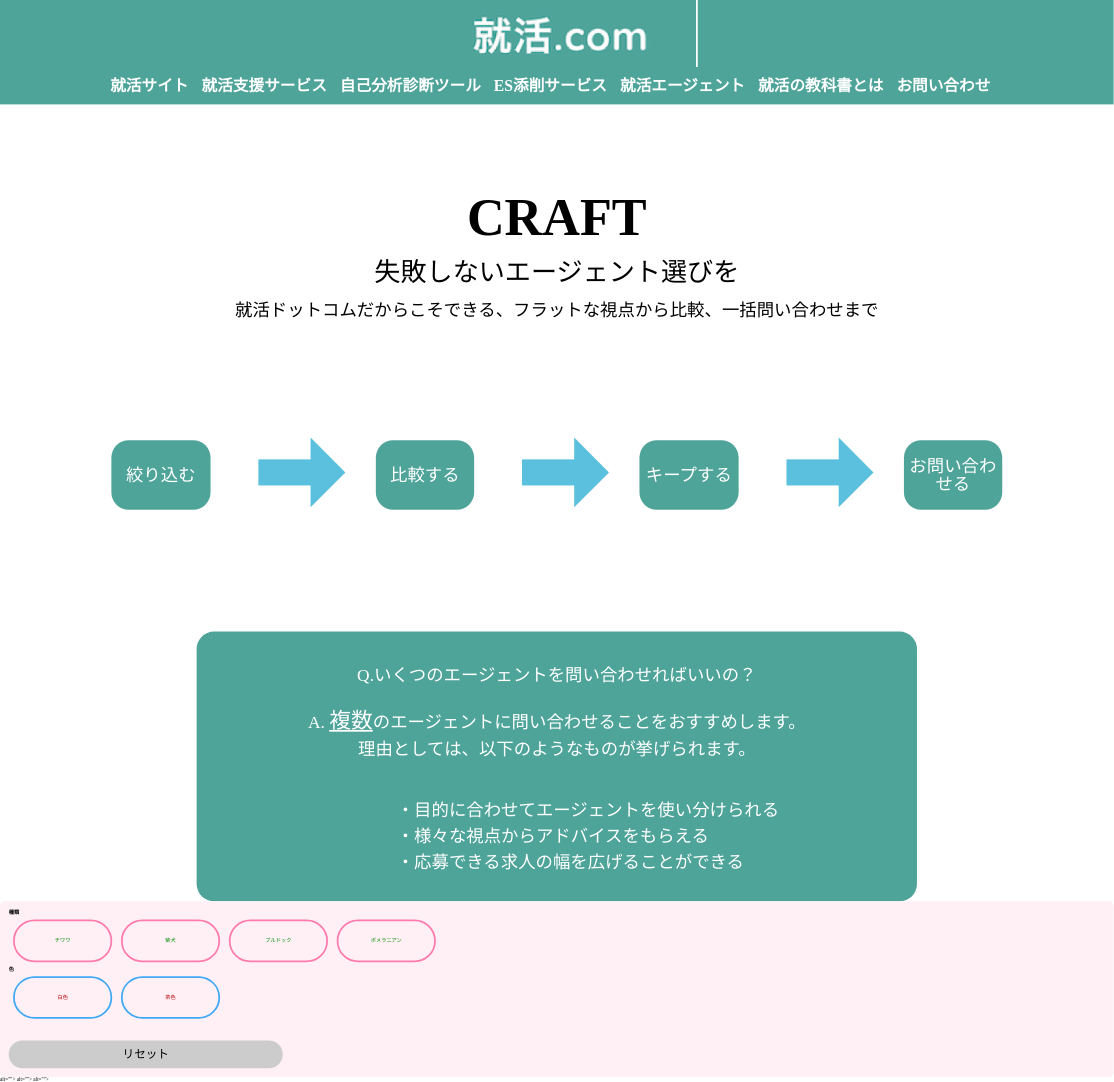
Repository: posse-ap/-teamdev-2022-posse2-team2E-
Page: src/index.html
An editor plug-in stored every save of this project. The page is shown before and after the next save, followed by the edit.
The browser window is 1280 px wide. The pictures show the whole page, at 87% of full size.

Above is the page before, as saved 2022-04-19 16:56:14.
Console error: ReferenceError: $ is not defined

### src/index.html
<!DOCTYPE html>
<html lang="en">
<head>
    <meta charset="UTF-8">
    <meta http-equiv="X-UA-Compatible" content="IE=edge">
    <meta name="viewport" content="width=device-width, initial-scale=1.0">
    <link rel="stylesheet" href="css/user/reset.css">
    <link rel="stylesheet" href="css/user/style.css">
    <title>CRAFT</title>
</head>
<body>
    <!-- ヘッダー -->
    <header>
        <img src="img/user/logo.png" alt="">
        <nav>
            <ul>
                <li><a href="">就活サイト</a></li>
                <li><a href="">就活支援サービス</a></li>
                <li><a href="">自己分析診断ツール</a></li>
                <li><a href="">ES添削サービス</a></li>
                <li><a href="">就活エージェント</a></li>
                <li><a href="">就活の教科書とは</a></li>
                <li><a href="">お問い合わせ</a></li>
            </ul>
        </nav>
    </header>

    <wrapper>
        <div class="first_message">
            <h1>CRAFT</h1>
            <h2>失敗しないエージェント選びを</h2>
            <p>就活ドットコムだからこそできる、フラットな視点から比較、一括問い合わせまで</p>
        </div>

        <div class="process">
            <p>絞り込む</p>
            <div class="arrow"></div>
            <p>比較する</p>
            <div class="arrow"></div>
            <p>キープする</p>
            <div class="arrow"></div>
            <p>お問い合わせる</p>
        </div>

        <div class="q_and_a">
            <p>Q.いくつのエージェントを問い合わせればいいの？</p>
            <br>
            <p>A. <span class="multiples">複数</span>のエージェントに問い合わせることをおすすめします。</p>
            <p>理由としては、以下のようなものが挙げられます。</p>
            <br>
            <br>
            <div class="reason">
            <p>・目的に合わせてエージェントを使い分けられる</p>
            <p>・様々な視点からアドバイスをもらえる</p>
            <p>・応募できる求人の幅を広げることができる</p>
            </div>
        </div>

        <container>
            <aside class="filtering">
                <!-- <div class="agents_type">
                    <p>エージェントのタイプ</p>
                </div>
                <div class="agents_scale">
                    <p>規模</p>
                </div>
                <button class="reset_btn">リセット</button>
                <button class="filter_btn">絞り込む</button> -->

                <form>
                    <div class="search-box brand">
                            <h2 class="search-box_label">種類</h2>
                            <ul>
                                    <li><input type="radio" name="brand" value="チワワ" id="chihuahua"><label for="chihuahua"
                                                    class="label">チワワ</label></li>
                                    <li><input type="radio" name="brand" value="柴犬" id="shibainu"><label for="shibainu"
                                                    class="label">柴犬</label></li>
                                    <li><input type="radio" name="brand" value="ブルドック" id="bulldog"><label for="bulldog"
                                                    class="label">ブルドック</label></li>
                                    <li><input type="radio" name="brand" value="ポメラニアン" id="pomeranian"><label
                                                    for="pomeranian" class="label">ポメラニアン</label></li>
                            </ul>
                    </div>
                    <div class="search-box size">
                            <h2 class="search-box_label">色</h2>
                            <ul>
                                    <li><input type="radio" name="size" value="白色" id="white"><label for="white"
                                                    class="label">白色</label>
                                    </li>
                                    <li><input type="radio" name="size" value="茶色" id="brown"><label for="brown"
                                                    class="label">茶色</label>
                                    </li>
                                    <!-- <li><input type="radio" name="size" value="黒色" id="black"><label for="black"
                                                    class="label">黒色</label>
                                    </li> -->
                            </ul>
                    </div>
                    <!-- <div class="search-box type">
                            <h2 class="search-box_label">体型</h2>
                            <ul>
                                    <li><input type="radio" name="type" value="赤ちゃん" id="baby"><label for="baby"
                                                    class="label">赤ちゃん</label>
                                    </li>
                                    <li><input type="radio" name="type" value="大人" id="adult"><label for="adult"
                                                    class="label">大人</label>
                                    </li>
                            </ul>
                    </div> -->
                    <div class="reset">
                            <input type="reset" name="reset" value="リセット" class="reset-button">
                    </div>
            </form>
            <ul class="list">
                    <li class="list_item list_toggle" data-brand="チワワ" data-size="白色" data-type="赤ちゃん"><img
                                    src="https://drive.google.com/uc?export=view&id=1SfPXI96_ijo0OFV7N05vszKOYc_SN644"
                                    alt=""></li>
                    <!-- <li class="list_item list_toggle" data-brand="チワワ" data-size="白色" data-type="大人"><img
                                    src="https://drive.google.com/uc?export=view&id=17yGYCWdiEdCI6xz2BAJN3Q2sQrM71akw" -->
                                    alt=""></li>
                    <li class="list_item list_toggle" data-brand="チワワ" data-size="茶色" data-type="赤ちゃん"><img
                                    src="https://drive.google.com/uc?export=view&id=1KUFSriI2NznjH2oR0NCBZIDNAHU-MHz1"
                                    alt=""></li>
                    <!-- <li class="list_item list_toggle" data-brand="チワワ" data-size="茶色" data-type="大人"><img
                                    src="https://drive.google.com/uc?export=view&id=131yXqBtOqbHJ0NirmnA0lFbS92HON_kV"
                                    alt=""></li>
                    <li class="list_item list_toggle" data-brand="チワワ" data-size="黒色" data-type="赤ちゃん"><img
                                    src="https://drive.google.com/uc?export=view&id=1UgvYgqylohqcgRkhkm9GH0_PK8SNPrrO"
                                    alt=""></li>
                    <li class="list_item list_toggle" data-brand="チワワ" data-size="黒色" data-type="大人"><img
                                    src="https://drive.google.com/uc?export=view&id=17HWbx3r9kZWAcMpKny6CtErF4CsJER--" -->
                                    alt=""></li>
                    <li class="list_item list_toggle" data-brand="柴犬" data-size="白色" data-type="赤ちゃん"><img
                                    src="https://drive.google.com/uc?export=view&id=13kGzlyG1KNwc0RjVqQ_524FYU3IypC5i"
                                    alt=""></li>
                    <li class="list_item list_toggle" data-brand="柴犬" data-size="茶色" data-type="赤ちゃん"><img
                                    src="https://drive.google.com/uc?export=view&id=1XnX7cHGSuGa3DjrkTuLSsvPBC9ZSml21"
                                    alt=""></li>
                    <!-- <li class="list_item list_toggle" data-brand="柴犬" data-size="茶色" data-type="大人"><img
                                    src="https://drive.google.com/uc?export=view&id=1_3QbN0azReVJ_Q814fwtUn0lGg5PUDbw"
                                    alt=""></li>
                    <li class="list_item list_toggle" data-brand="柴犬" data-size="黒色" data-type="大人"><img
                                    src="https://drive.google.com/uc?export=view&id=1o3tGj1GkG23ywe5r7hGL3voxEtMgrHp1" -->
                                    alt=""></li>
                    <!-- <li class="list_item list_toggle" data-brand="ブルドック" data-size="白色" data-type="赤ちゃん"><img
                                    src="https://drive.google.com/uc?export=view&id=1hbBoWdyK4IxReBrLS-vrAjji9FAcYpuR"
                                    alt=""></li>
                    <li class="list_item list_toggle" data-brand="ブルドック" data-size="白色" data-type="大人"><img
                                    src="https://drive.google.com/uc?export=view&id=1bhuQviRhZWpkW1LhXXVHWzSMMX5mR3-d"
                                    alt=""></li>
                    <li class="list_item list_toggle" data-brand="ブルドック" data-size="茶色" data-type="赤ちゃん"><img
                                    src="https://drive.google.com/uc?export=view&id=1WYd-Ixze16wbBLs4pkFoFFu6MS8lmX99"
                                    alt=""></li>
                    <li class="list_item list_toggle" data-brand="ブルドック" data-size="茶色" data-type="大人"><img
                                    src="https://drive.google.com/uc?export=view&id=1INsZsnWcgMucKTyczwMwqq5X1jhwEFYw"
                                    alt=""></li>
                    <li class="list_item list_toggle" data-brand="ブルドック" data-size="黒色" data-type="赤ちゃん"><img
                                    src="https://drive.google.com/uc?export=view&id=1TqSTUZZrWRZx3B6EMzGNBhLqfnnB-vph"
                                    alt=""></li>
                    <li class="list_item list_toggle" data-brand="ブルドック" data-size="黒色" data-type="大人"><img
                                    src="https://drive.google.com/uc?export=view&id=1hxGXCaNLwpZPeX0RoxA68oUdUqCVmpuf"
                                    alt=""></li>
                    <li class="list_item list_toggle" data-brand="ポメラニアン" data-size="白色" data-type="赤ちゃん"><img
                                    src="https://drive.google.com/uc?export=view&id=1WpKynkraBHK_hN36Wp1rWuETnnGHAvqu"
                                    alt=""></li>
                    <li class="list_item list_toggle" data-brand="ポメラニアン" data-size="白色" data-type="大人"><img
                                    src="https://drive.google.com/uc?export=view&id=1caoPV4mcPqP2DqGFSpwTd411b8I2r70Q"
                                    alt=""></li>
                    <li class="list_item list_toggle" data-brand="ポメラニアン" data-size="茶色" data-type="赤ちゃん"><img
                                    src="https://drive.google.com/uc?export=view&id=1z8ckhHcIeCyZUu1SHvntr7cE2umrXduS"
                                    alt=""></li>
                    <li class="list_item list_toggle" data-brand="ポメラニアン" data-size="茶色" data-type="大人"><img
                                    src="https://drive.google.com/uc?export=view&id=157Ts2NXoUimtFjAQlpIiFy1z8WNZg3aK"
                                    alt=""></li>
                    <li class="list_item list_toggle no_list"></li> -->

            </ul>
            </aside>
            <div class="agent_box"></div>
            <btn class="keep_btn"></btn>
        </container>
    </wrapper>

    <footer></footer>

    <script src="src/js/user/main.js"></script>
</body>
</html>

### src/css/user/style.css
html{
    font-size: 6.25%;
}

/* ヘッダー */
header{
    background-color: #4fa49a;
    height: 100rem;
    width: 100%;
    font-size: 18rem;
    text-align: center;
    padding-bottom: 20rem;
}

header nav ul {
    display: flex;
    justify-content: center;
    padding-top: 10rem;
}

header nav ul li a {
    color: white;
    padding-right: 15rem;
    font-weight: bold;
    text-decoration: none;
}

.first_message{
    text-align: center;
    margin: 30rem auto;
    margin-top: 100rem;
}

.first_message h1{
    font-size: 60rem;
    margin: 10rem auto;
    font-weight: bold;
}

.first_message h2{
    font-size: 30rem;
    margin: 18rem auto;
}

.first_message p{
    font-size: 20rem;
    margin: 15rem auto;
}

.process{
    height: 80rem;
    width: 80%;
    /* display: flex; */
    justify-content: center;
    display:table;
    text-align: center;
    margin: auto;
    margin-top: 140rem;
    margin-bottom: 140rem;
}

.process p{
    height: 50rem;
    width: 13%;
    background-color: #4FA49A;
    color: white;
    text-align: center;
    font-size: 20rem;
    display: table-cell;
    vertical-align: middle;
    border-radius: 20rem;
}

.arrow {
    display:inline-block;
    height:30px;
    width:80px;
    background-color:#5bc0de;
    position:relative;
    margin: 0 55rem;
    margin-top: 22rem;
  }

  .arrow:before {
    position:absolute;
    content:"";
    width:0;
    height:0;
    border:40rem solid transparent;
    border-left:40rem solid #5bc0de;
    left:60rem;
    top:-27rem;
    margin-top: 2rem;
  }

.q_and_a{
    margin: 0 auto;
    text-align: center;
    height: 250rem;
    width: 60%;
    background-color: #4FA49A;
    border-radius: 20rem;
    color: white;
    font-size: 20rem;
    padding: 30rem ;
}

.q_and_a p{
    margin-top: 10rem;
}

.q_and_a .reason{
    margin-top: 10rem;
    text-align: left;
    margin-left:200rem;
}

.multiples{
    font-size: 25rem;
    text-decoration: underline;
}




/* 絞り込み */
form {
    background: #fff0f5;
    padding: 10px 10px;
    border-radius: 5px;
  }
  form ul {
    display: flex;
    flex-wrap: wrap;
  }
  input[type="radio"] {
    display: none;
  }
  .brand input[type="radio"]:checked + label {
    background: #ff7bac; /* マウス選択時の背景色を指定する */
    color: #ffffff; /* マウス選択時のフォント色を指定する */
  }
  .size input[type="radio"]:checked + label {
    background: #3fa9f5; /* マウス選択時の背景色を指定する */
    color: #ffffff; /* マウス選択時のフォント色を指定する */
  }
  .type input[type="radio"]:checked + label {
    background: #fbb03b; /* マウス選択時の背景色を指定する */
    color: #ffffff; /* マウス選択時のフォント色を指定する */
  }
  .brand .label:hover {
    background-color: #f8c2d6; /* マウスオーバー時の背景色を指定する */
  }
  .size .label:hover {
    background-color: #e2edf9; /* マウスオーバー時の背景色を指定する */
  }
  .type .label:hover {
    background-color: #ffdfaa; /* マウスオーバー時の背景色を指定する */
  }

  .label {
    display: block; /* ブロックレベル要素化する */
    margin: 5px; /* ボックス外側の余白を指定する */
    width: 100px; /* ボックスの横幅を指定する */
    height: 45px; /* ボックスの高さを指定する */
    padding-left: 5px; /* ボックス内左側の余白を指定する */
    padding-right: 5px; /* ボックス内御右側の余白を指定する */
    text-align: center; /* テキストのセンタリングを指定する */
    line-height: 45px; /* 行の高さを指定する */
    cursor: pointer; /* マウスカーソルの形（リンクカーソル）を指定する */
    border-radius: 25px; /* 角丸を指定する */
  }

  .brand .label {
    border: 2px solid #ff7bac; /* ボックスの境界線を実線で指定する */
    color: #008900; /* フォントの色を指定 */
  }
  .size .label {
    border: 2px solid #3fa9f5; /* ボックスの境界線を実線で指定する */
    color: #b20000; /* フォントの色を指定 */
  }
  .type .label {
    border: 2px solid #fbb03b; /* ボックスの境界線を実線で指定する */
    color: #0000b2; /* フォントの色を指定 */
  }

  .search-box_label {
    font-weight: bold;
  }
  .is-hide {
    display: none;
  }

  .list_toggle {
    display: none;
  }

  .under_line {
    width: 500px;
  }
  .search-box h2 {
    margin: 0;
  }

  .reset-button {
    width: 25%;
    margin: 20px auto 0;
    line-height: 30px;
    background: #ccc;
    border-radius: 25px;
    border: none;
    cursor: pointer;
  }
  .reset-button:hover {
    background: #999;
  }
  .nothing {
    display: none;
  }

  .list {
    display: flex;
    flex-wrap: wrap;
  }
  .list li {
    width: 300px;
    height: 200px;
    padding: 20px;
    margin: auto;
    object-fit: cover;
  }

  .list li img {
    width: 100%;
    height: 100%;
    object-fit: cover;
  }

### src/js/user/main.js
$(function() {
    $('input[type="radio"]').change(function() {
      if (
        $('input[value="柴犬"]').prop("checked") == true &&
        $('input[value="白色"]').prop("checked") == true &&
        $('input[value="大人"]').prop("checked") == true
      ) {
        $(".no_list li").css("display", "block");
      } else if (
        $('input[value="柴犬"]').prop("checked") == true &&
        $('input[value="黒色"]').prop("checked") == true &&
        $('input[value="赤ちゃん"]').prop("checked") == true
      ) {
        $(".no_list li").css("display", "block");
      } else if (
        $('input[value="ポメラニアン"]').prop("checked") == true &&
        $('input[value="黒色"]').prop("checked") == true &&
        $('input[value="赤ちゃん"]').prop("checked") == true
      ) {
        $(".no_list li").css("display", "block");
      } else if (
        $('input[value="ポメラニアン"]').prop("checked") == true &&
        $('input[value="黒色"]').prop("checked") == true &&
        $('input[value="大人"]').prop("checked") == true
      ) {
        $(".no_list li").css("display", "block");
      } else {
        $(".no_list li").css("display", "none");
      }
      $(".reset .reset-button").click(function() {
        $(listItem).removeClass(hideClass);
      });
    });
  });

  /**
   * チェックボックスがクリックされた瞬間を拾うコード
   **/
  $(function() {
    $(".label").click(function() {
      $(".list li").removeClass("list_toggle");
    });
    if ($(".list li").hasClass("list_toggle")) {
      $(".reset .reset-button").click(function() {
        $(".list li").addClass("list_toggle");
      });
    }
  });

  /**
   * 絞り込み機能
   **/
  var searchBox = ".search-box"; // 絞り込む項目を選択するエリア
  var listItem = ".list_item"; // 絞り込み対象のアイテム
  var hideClass = "is-hide"; // 絞り込み対象外の場合に付与されるclass名

  $(function() {
    // 絞り込み項目を変更した時
    $(document).on("change", searchBox + " input", function() {
      search_filter();
    });
  });

  /**
   * リストの絞り込みを行う
   */
  function search_filter() {
    // 非表示状態を解除
    $(listItem).removeClass(hideClass);
    for (var i = 0; i < $(searchBox).length; i++) {
      var name = $(searchBox)
        .eq(i)
        .find("input")
        .attr("name");
      // 選択されている項目を取得
      var searchData = get_selected_input_items(name);
      // 選択されている項目がない、またはALLを選択している場合は飛ばす
      if (searchData.length === 0 || searchData[0] === "") {
        continue;
      }
      // リスト内の各アイテムをチェック
      for (var j = 0; j < $(listItem).length; j++) {
        // アイテムに設定している項目を取得
        var itemData = $(listItem)
          .eq(j)
          .data(name);
        // 絞り込み対象かどうかを調べる
        if (searchData.indexOf(itemData) === -1) {
          $(listItem)
            .eq(j)
            .addClass(hideClass);
        }
      }
    }
  }

  /**
   * inputで選択されている値の一覧を取得する
   * @param  {String} name 対象にするinputのname属性の値
   * @return {Array}       選択されているinputのvalue属性の値
   */
  function get_selected_input_items(name) {
    var searchData = [];
    $("[name=" + name + "]:checked").each(function() {
      searchData.push($(this).val());
    });
    return searchData;
  }

Loaded but not shown: src/css/user/reset.css (common file)

After the next save:
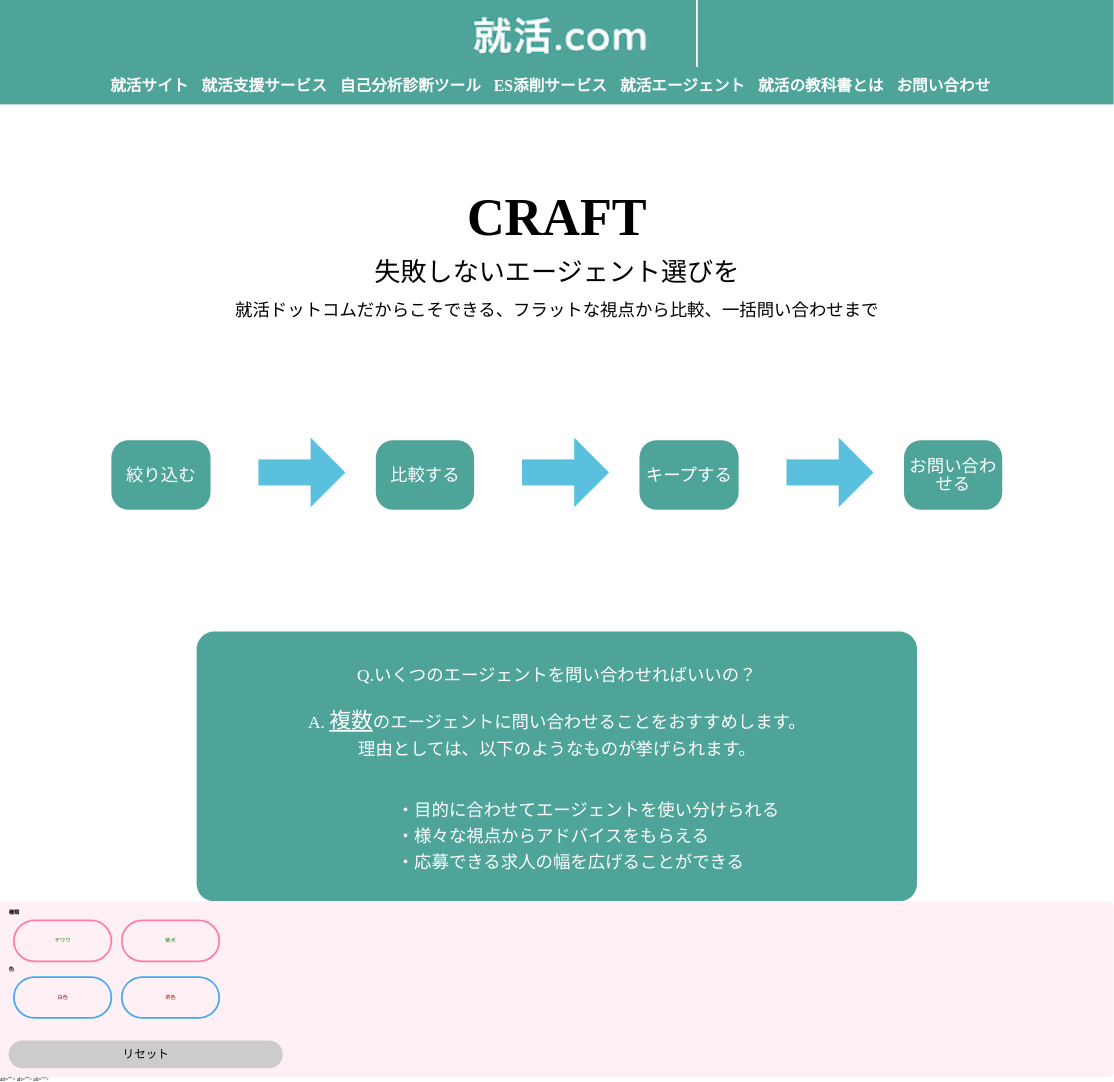
Saved 5 s later.
--- a/src/index.html
+++ b/src/index.html
@@ -75,10 +75,10 @@
                                                     class="label">チワワ</label></li>
                                     <li><input type="radio" name="brand" value="柴犬" id="shibainu"><label for="shibainu"
                                                     class="label">柴犬</label></li>
-                                    <li><input type="radio" name="brand" value="ブルドック" id="bulldog"><label for="bulldog"
+                                    <!-- <li><input type="radio" name="brand" value="ブルドック" id="bulldog"><label for="bulldog"
                                                     class="label">ブルドック</label></li>
                                     <li><input type="radio" name="brand" value="ポメラニアン" id="pomeranian"><label
-                                                    for="pomeranian" class="label">ポメラニアン</label></li>
+                                                    for="pomeranian" class="label">ポメラニアン</label></li> -->
                             </ul>
                     </div>
                     <div class="search-box size">
